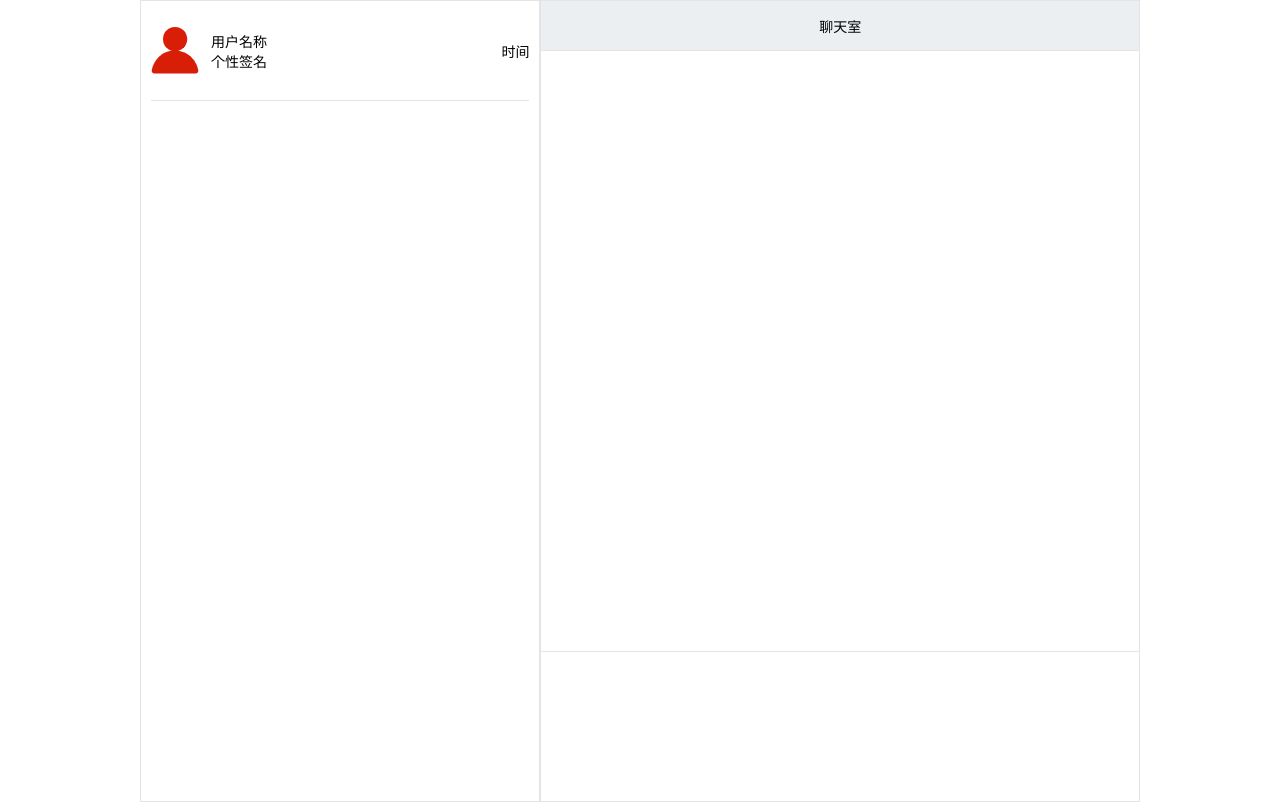
Repository: jinggegeZ/livechat
Page: /
An editor plug-in stored every save of this project. The page is shown before and after the next save, followed by the edit.
The browser window is 1280 px wide. The pictures show the whole page.
The project was rebuilt for these pictures with package versions that can differ from the ones it lists, and the page was loaded fresh each time.

Above is the page before, as saved 2020-08-17 11:22:25.

After the next save:
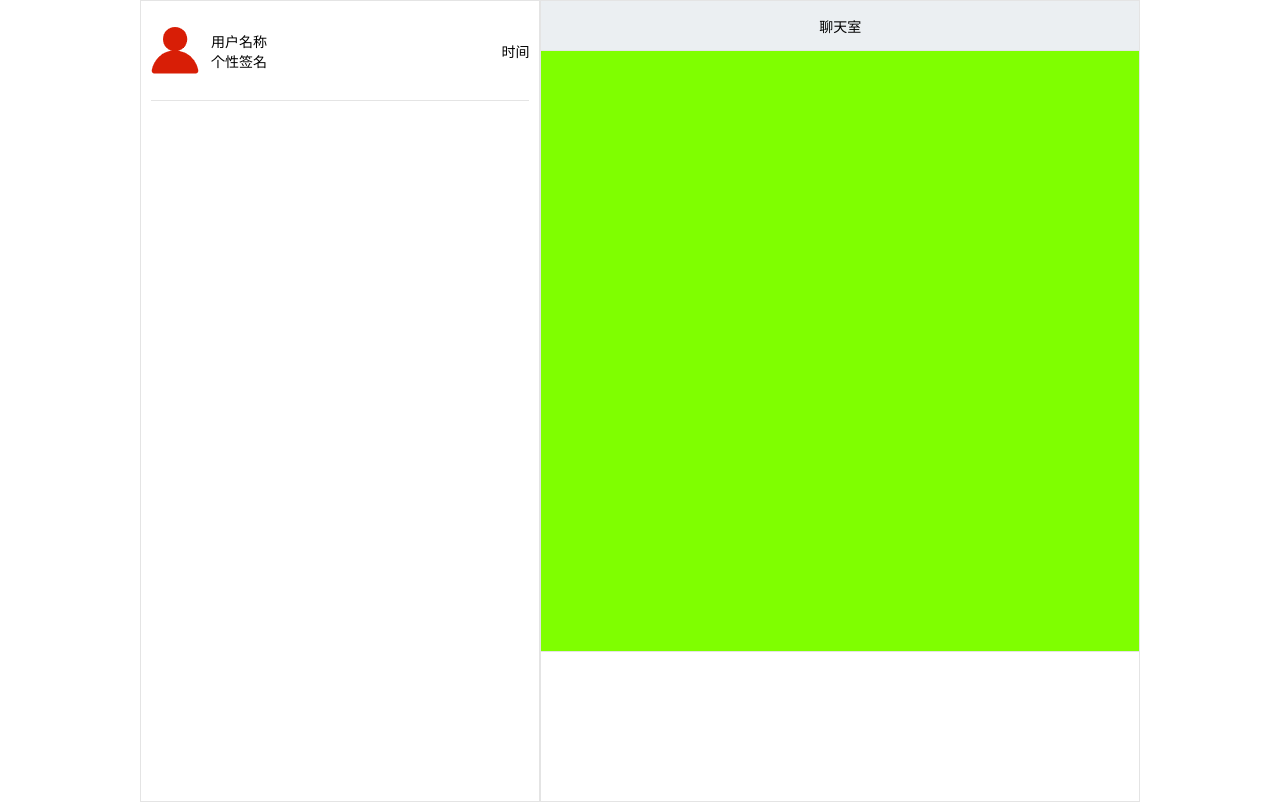
Saved 87 s later.
--- a/src/views/Home.vue
+++ b/src/views/Home.vue
@@ -118,5 +118,9 @@ export default {
   align-items: center;
   background: rgb(235,239,242);
 }
-
+.box2-1-body {
+  width: 100%;
+  height: 600px;
+  background: chartreuse;
+}
 </style>
